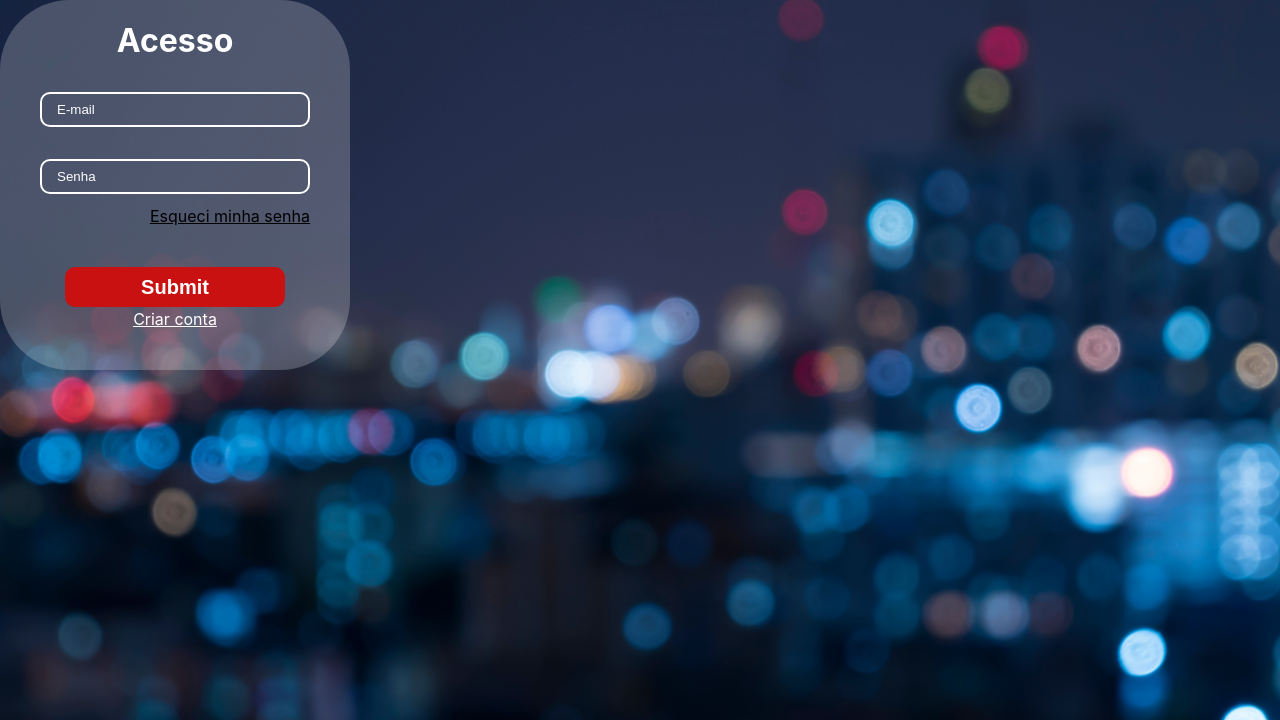
Repository: mateus-henrique-silva/Plataforma_videos_treinamento
Page: / (app in my-app/)
The author's editor kept a copy of each file at every save. The page is drawn from the files as they stood at one save, then again after a run of saves.
The browser window is 1280 px wide. The pictures show the whole page.
The project was rebuilt for these pictures with package versions that can differ from the ones it lists, and the page was loaded fresh each time.

Above is the page before, as saved 2022-08-16 09:09:36.

After the next 2 saves:
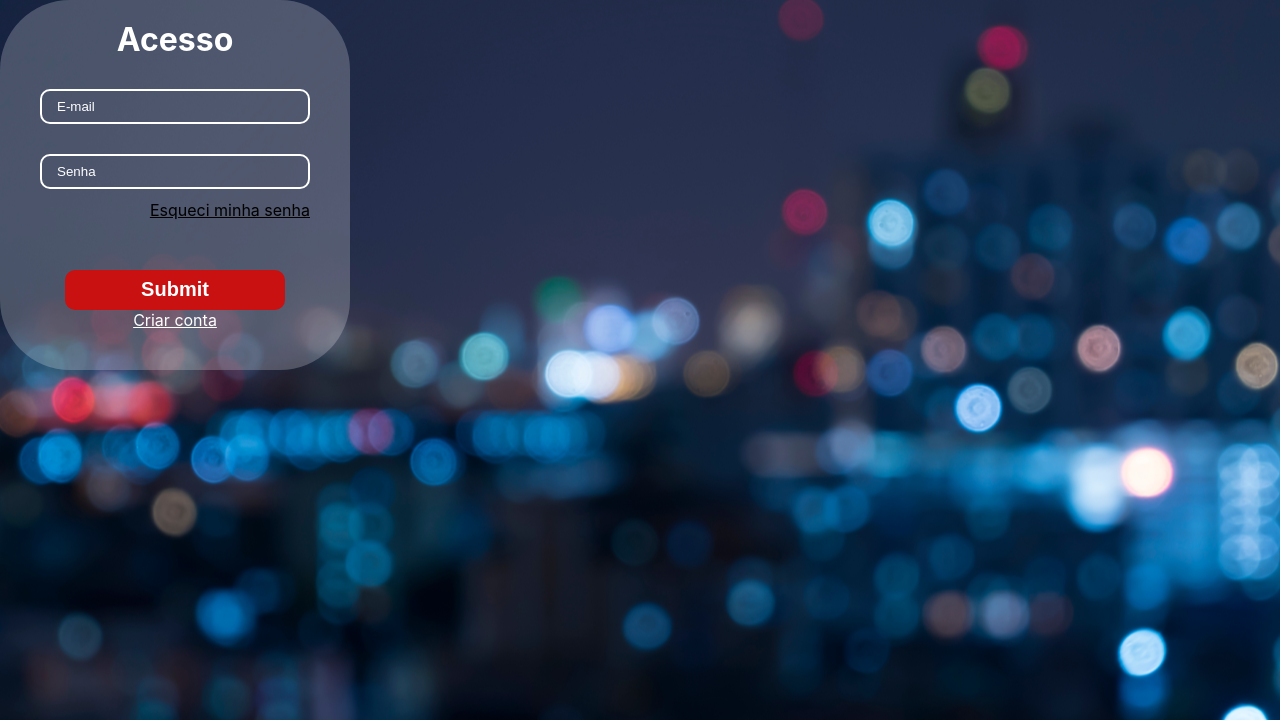
The 2 saves are shown as one change because they came seconds apart.
The last was saved 19 s later.
--- a/my-app/src/Components/formLogin/formLogin.css
+++ b/my-app/src/Components/formLogin/formLogin.css
@@ -56,7 +56,7 @@
     bottom: 0;
     font-size: 20px;
     font-weight: 700;
-    margin-top:-100px;
+
     box-sizing: border-box;
     cursor: pointer;
     border-radius: 10px;
